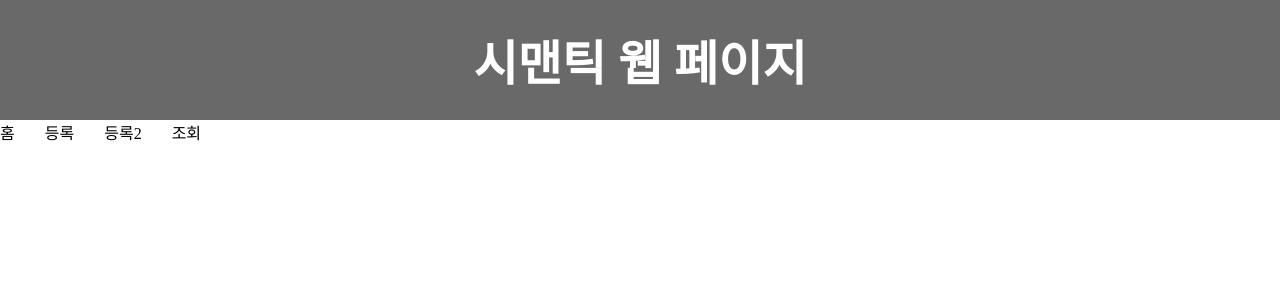
Repository: balhyo-younjisang/DigitechJSP
Page: http://localhost/InputPractice/
These files come from the project's save history. The page is drawn as it stood at one moment and after the next save; the edit follows.
The browser window is 1280 px wide. The pictures show the whole page.
The page is served by Tomcat 9. Queries for data that is not in the repository find no rows.

Above is the page before, as saved 2025-03-27 07:12:17.

After the next save:
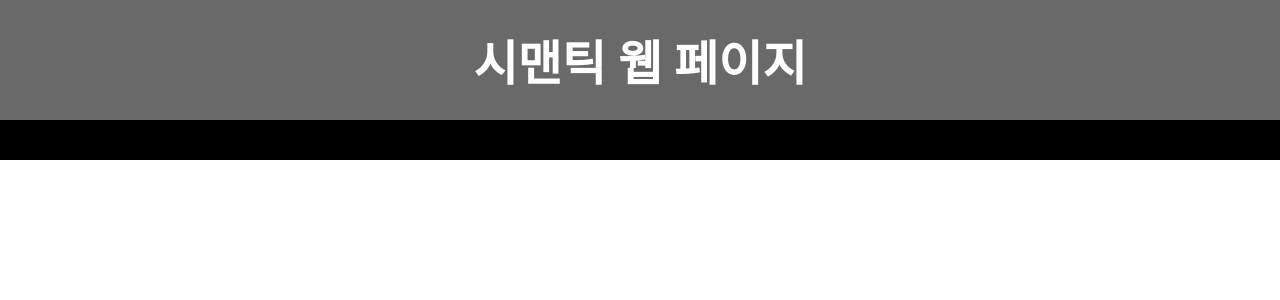
Saved 11 s later.
--- a/InputPractice/src/main/webapp/css/style.css
+++ b/InputPractice/src/main/webapp/css/style.css
@@ -35,11 +35,11 @@ header > div {
 header nav {
 	width: 100%;
 	height: 40px;
+	background-color: black;
 }
 
 header .gnb {
 	display: flex;
 	gap: 30px;
 	align-items: center;
-	background-color: ;
 }
